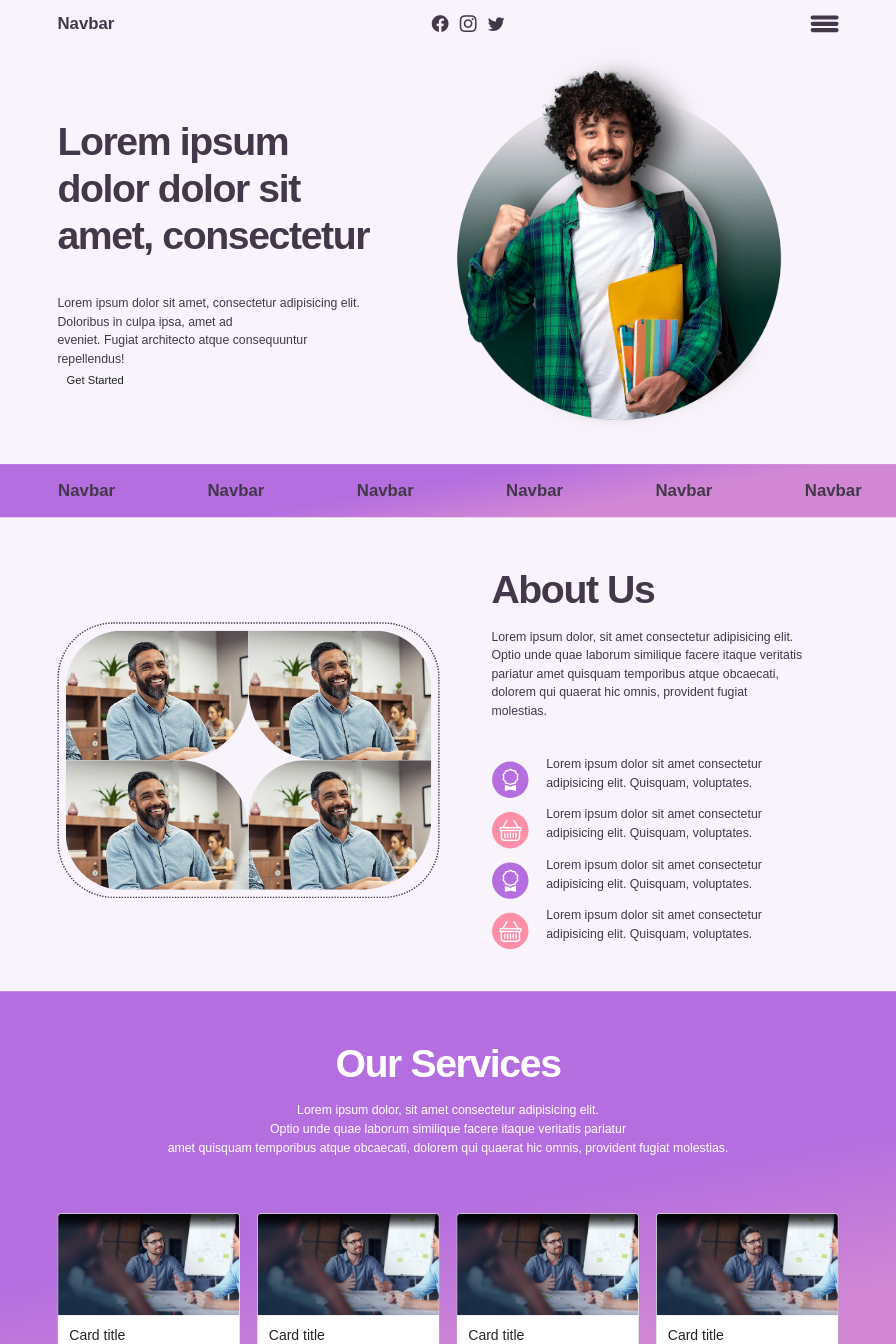
Repository: tagnam/project27012025
Page: index.html
The author's editor kept a copy of each file at every save. The page is drawn from the files as they stood at one save, then again after the next save.
The browser window is 1280 px wide. The pictures show the part of the page from y = 0 to 1920 px (the page is 3229 px tall before and 4012 px after), at 70% of full size.

Above is the page before, as saved 2025-01-28 13:25:21.

After the next save:
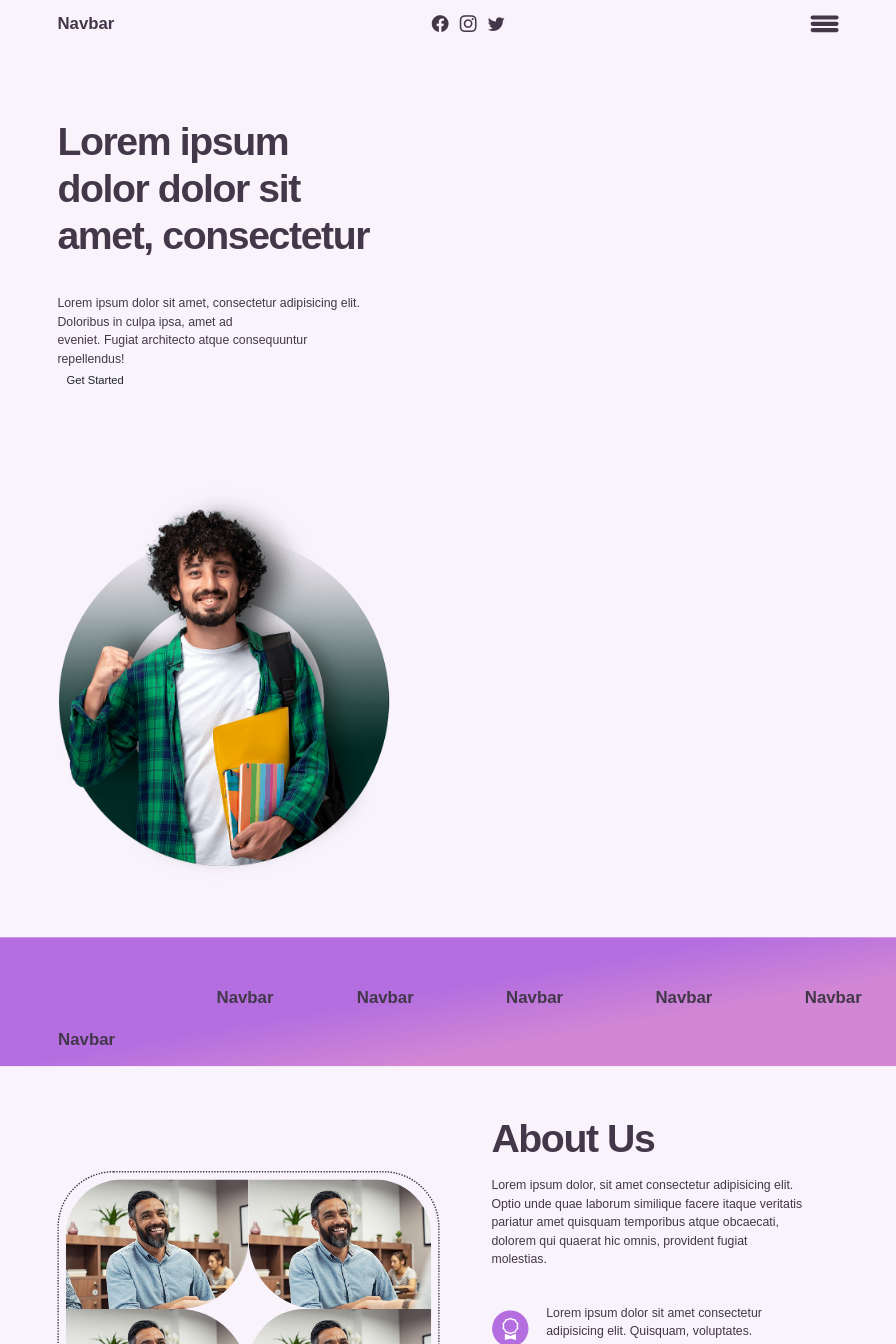
Saved 7 s later.
--- a/index.html
+++ b/index.html
@@ -73,7 +73,7 @@
                                 Lorem ipsum dolor sit amet, consectetur adipisicing elit. Doloribus in culpa ipsa, amet ad<br />
                                 eveniet. Fugiat architecto atque consequuntur repellendus!
                             </p>
-                            <button class="btn custom-btn">Get Started</button>
+                            <a class="btn custom-btn">Get Started</button>
                         </div>
                     </div>
                     <div class="col-lg-6 col-md-6 col-sm-12">

After the save that followed:
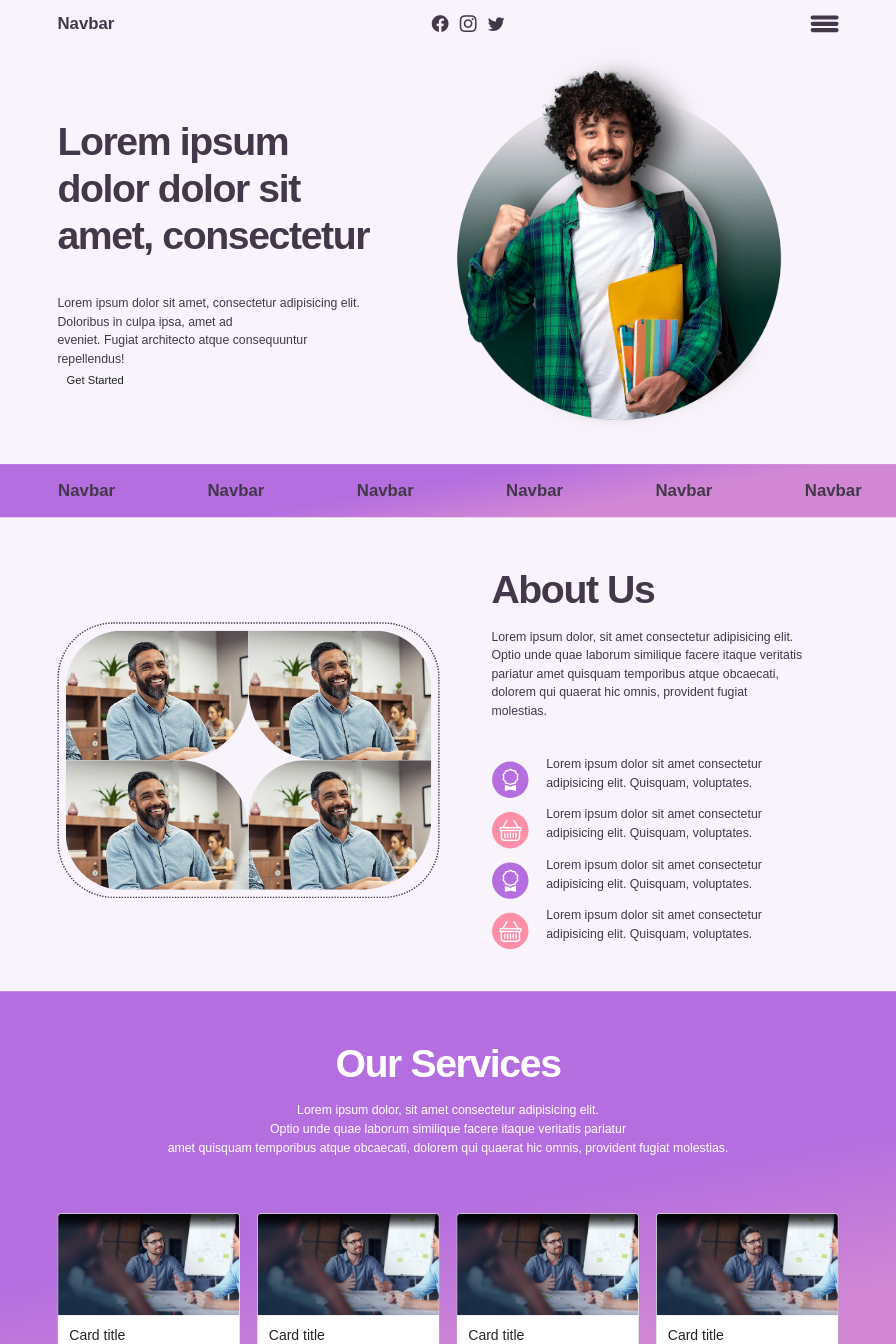
Saved 4 s later.
--- a/index.html
+++ b/index.html
@@ -73,7 +73,7 @@
                                 Lorem ipsum dolor sit amet, consectetur adipisicing elit. Doloribus in culpa ipsa, amet ad<br />
                                 eveniet. Fugiat architecto atque consequuntur repellendus!
                             </p>
-                            <a class="btn custom-btn">Get Started</button>
+                            <a class="btn custom-btn">Get Started</a>
                         </div>
                     </div>
                     <div class="col-lg-6 col-md-6 col-sm-12">
